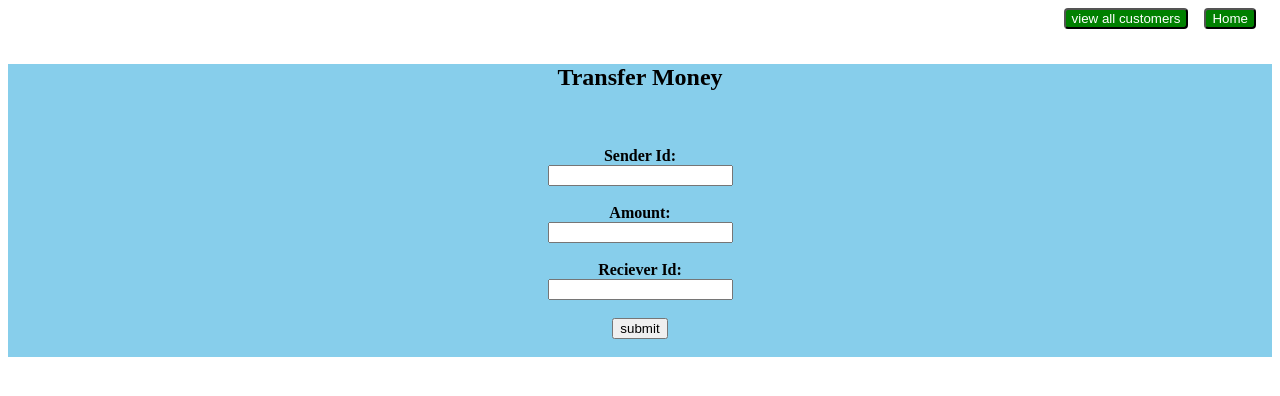
Repository: BarnalaManognaram/sparxintern
Page: sparx_internship/sparx/src/main/webapp/transfer.html
An editor plug-in stored every save of this project. The page is shown before and after the next save, followed by the edit.
The browser window is 1280 px wide. The pictures show the whole page.

Above is the page before, as saved 2021-09-19 16:31:30.

After the next save:
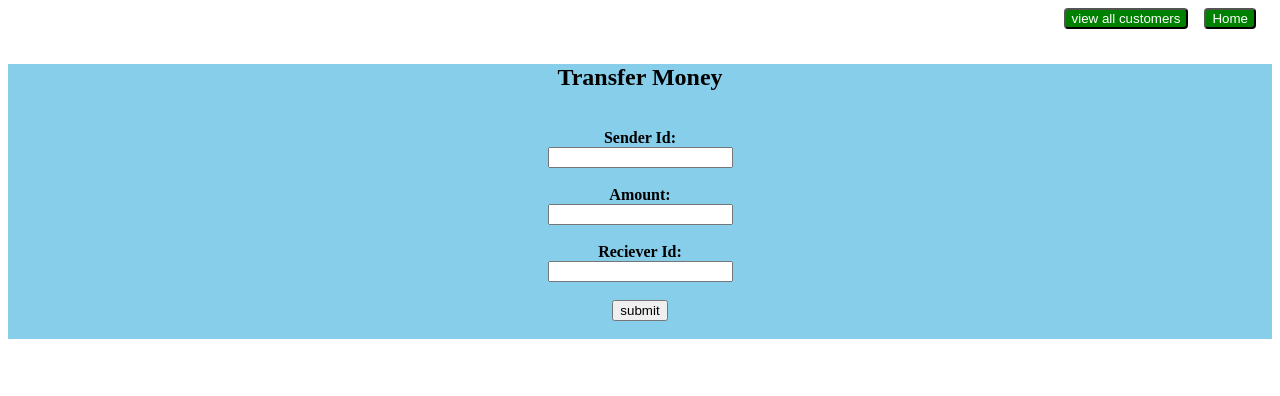
Saved 23 s later.
--- a/sparx_internship/sparx/src/main/webapp/transfer.html
+++ b/sparx_internship/sparx/src/main/webapp/transfer.html
@@ -10,7 +10,7 @@
 <a href="Customer.java"><button class="button1">view all customers</button></a><br><br>
   <center>
   <div class="back">
-   <h2>Transfer Money</h2><br><br>
+   <h2>Transfer Money</h2><br>
     <b>Sender Id:</b><br><input  type="text" name="sid" /><br><br>
     <b>Amount:</b><br><input  type="text" name="tm"/><br><br>
     <b>Reciever Id:</b><br><input type="text" name="rid"/><br><br>
